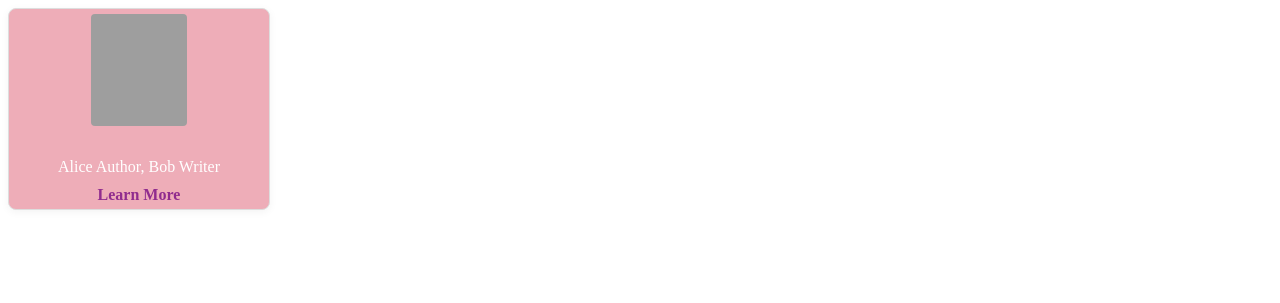
Repository: Micaelavalmores/BookCatalog
Page: /
These files come from the project's save history. The page is drawn as it stood at one moment and after the next save; the edit follows.
The browser window is 1280 px wide. The pictures show the whole page.
Pictures or frames that could not be fetched are drawn as grey boxes. The project was rebuilt for these pictures with package versions that can differ from the ones it lists, and the page was loaded fresh each time. Also part of the build but not shown: vite.config.js, src/index.css.

Above is the page before, as saved 2025-09-16 22:52:38.

After the next save:
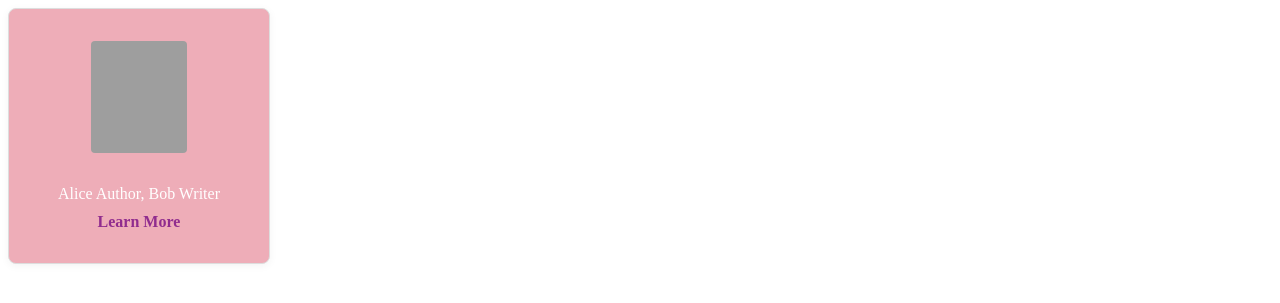
Saved 10 s later.
--- a/src/assets/book.css
+++ b/src/assets/book.css
@@ -2,7 +2,7 @@
     max-width: 15em;
     border: 1px solid #ddd;
     border-radius: 8px;
-    padding: 5px 10px;
+    padding: 2em 10px;
     display: flex;
     flex-direction: column;
     align-items: center;
